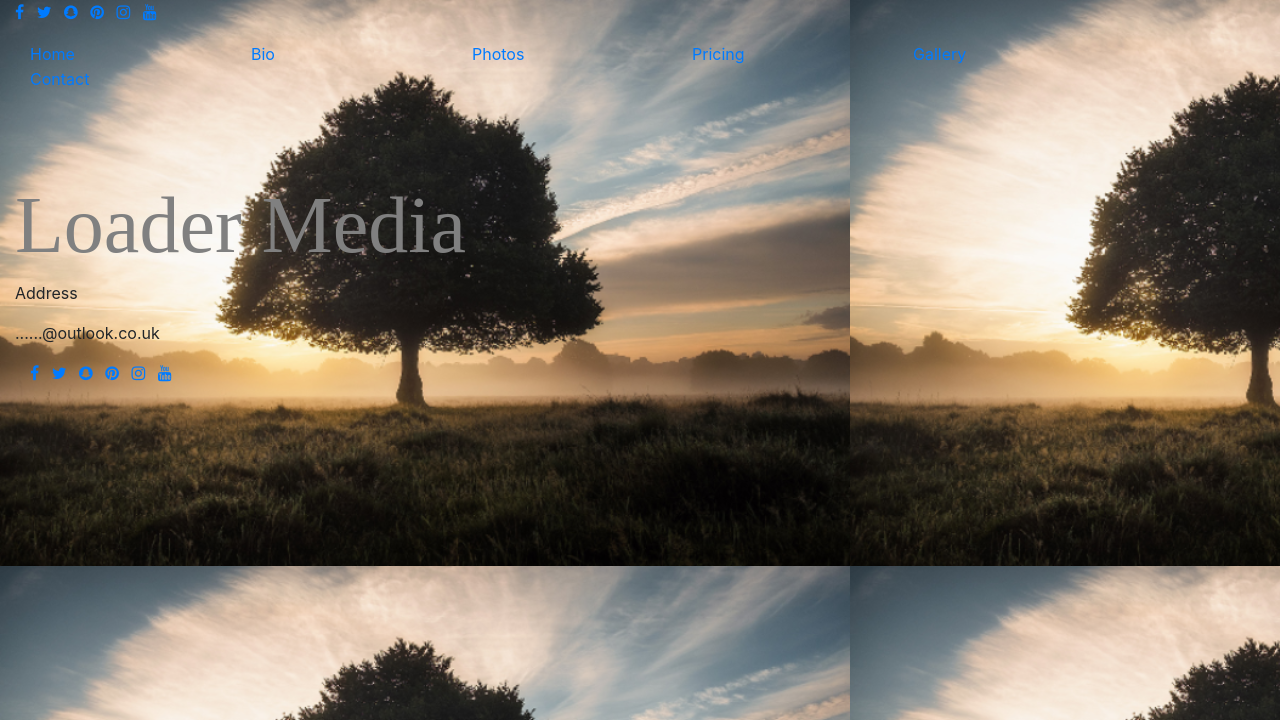
Repository: elizabeth24602/LoaderMedia
Page: index.html
The author's editor kept a record of every edit. The page is drawn from the files as they stood at one moment, then again after the next edit.
The browser window is 1280 px wide. The pictures show the whole page.
Some web fonts or font styles are not loaded; a fallback is used.

Above is the page before.
Console error: TypeError: Cannot read properties of null (reading 'textContent')
Not found: Assests/images/

### index.html
<!DOCTYPE html>
<html lang="en">
<head>
    <meta charset="UTF-8">
    <meta name="viewport" content="width=device-width, initial-scale=1.0">
    <meta http-equiv="X-UA-Compatible" content="ie=edge">

    <link rel="stylesheet" href="static/css/bootstrap.min.css" type="text/css" />
    <link rel="stylesheet" href="static/css/dc.min.css" type="text/css" />



    <link rel="stylesheet" href="https://stackpath.bootstrapcdn.com/bootstrap/4.3.1/css/bootstrap.min.css" type="text/css" />
    <link rel="stylesheet" href="https://stackpath.bootstrapcdn.com/font-awesome/4.7.0/css/font-awesome.min.css" type="text/css" />
    <link href="https://fonts.googleapis.com/css?family=Lacquer&display=swap" rel="stylesheet">
    <link href="https://fonts.googleapis.com/css?family=Beth+Ellen&display=swap" rel="stylesheet">
    <link rel="stylesheet" href="https://cdnjs.cloudflare.com/ajax/libs/hover.css/2.3.1/css/hover-min.css" type="text/css" />
    <link rel="stylesheet" href="Assests/images/" type="text/css" />
    <link rel="stylesheet" href="Assests/css/style.css" type="text/css" />

    <title>Loader Media</title>

     <script type="text/javascript" src="static/js/d3.min.js"></script>
    <script type="text/javascript" src="static/js/crossfilter.min.js"></script>
    <script type="text/javascript" src="static/js/dc.min.js"></script>
    <script type="text/javascript" src="static/js/queue.min.js"></script>
    <script type="text/javascript" src="static/js/graph.js"></script>

</head>
<body>
     <header class="container-fluid">
        <div id="social-links" class="row">
        <div class="col-sm-4">
                <ul class="list-inline social-links">
                    <li class="list-inline-item">
                        <a target="_blank" href="#">
                            <i class="fa fa-facebook" aria-hidden="true"></i>
                            <span class="sr-only">Facebook</span>
                        </a>
                    </li>
                    <li class="list-inline-item">
                        <a target="_blank" href="#">
                            <i class="fa fa-twitter" aria-hidden="true"></i>
                            <span class="sr-only">Twitter</span>
                        </a>
                    </li>
                    <li class="list-inline-item">
                        <a target="_blank" href="#">
                            <i class="fa fa-snapchat" aria-hidden="true"></i>
                            <span class="sr-only">Snapchat</span>
                        </a>
                    </li>
                    <li class="list-inline-item">
                        <a target="_blank" href="#">
                            <i class="fa fa-pinterest" aria-hidden="true"></i>
                            <span class="sr-only">Pinterest</span>
                        </a>
                    </li>
                    <li class="list-inline-item">
                        <a target="_blank" href="#">
                            <i class="fa fa-instagram" aria-hidden="true"></i>
                            <span class="sr-only">Instagram</span>
                        </a>
                    </li>
                    <li class="list-inline-item">
                        <a target="_blank" href="#">
                            <i class="fa fa-youtube" aria-hidden="true"></i>
                            <span class="sr-only">YouTube</span>
                        </a>
                    </li>
                </ul>
            </div>
        </div>
         <div class="row no-gutters">
            <div class="col">
                <ul id="nav" class="list-inline menucontainer">
                    <li class="col-4 col-sm-2 ui-menu-color-home list-inline-item menuitem">
                        <a href="index.html" class="hvr-underline-from-center"><span>Home</span></a>
                    </li>
                    <li class="col-4 col-sm-2 ui-menu-color-bio list-inline-item menuitem">
                        <a href="bio.html" class="hvr-underline-from-center"><span>Bio</span></a>
                    </li>
                     <li class="col-4 col-sm-2 ui-menu-color-photos list-inline-item menuitem">
                        <a href="photos.html" class="hvr-underline-from-center"><span>Photos</span></a>
                    </li>
                    <li class="col-4 col-sm-2 ui-menu-color-pricing list-inline-item menuitem">
                        <a href="pricing.html" class="hvr-underline-from-center"><span>Pricing</span></a>
                    </li>
                    <li class="col-4 col-sm-2 ui-menu-color-gallery list-inline-item menuitem">
                        <a href="gallery.html" class="hvr-underline-from-center"><span>Gallery</span></a>
                    </li>
                    <li class="col-4 col-sm-2 ui-menu-color-contact list-inline-item menuitem">
                        <a href="contact.html" class="hvr-underline-from-center"><span>Contact</span></a>
                    </li>
                </ul>
            </div>
        </div>

        <div class="row no-gutters">
                <h1 class="name">Loader Media</h1>
            </div>
    </header>

    <section>

    </section>

    <footer class="container-fluid">
    <div id="footer-details" class="row">
        <div class="col-sm-12">
            <p class="address">Address</p>
        </div>
    </div>
        <div class="row">
            <div class="col-sm-12">
                <p class="email">......@outlook.co.uk</p>
            </div>
        </div>
        <div class="row">
            <div class="col-sm-12">
                        <ul class="list-inline social-links2 container-fluid">
                    <li class="list-inline-item">
                        <a target="_blank" href="#">
                            <i class="fa fa-facebook" aria-hidden="true"></i>
                            <span class="sr-only">Facebook</span>
                        </a>
                    </li>
                    <li class="list-inline-item">
                        <a target="_blank" href="#">
                            <i class="fa fa-twitter" aria-hidden="true"></i>
                            <span class="sr-only">Twitter</span>
                        </a>
                    </li>
                    <li class="list-inline-item">
                        <a target="_blank" href="#">
                            <i class="fa fa-snapchat" aria-hidden="true"></i>
                            <span class="sr-only">Snapchat</span>
                        </a>
                    </li>
                    <li class="list-inline-item">
                        <a target="_blank" href="#">
                            <i class="fa fa-pinterest" aria-hidden="true"></i>
                            <span class="sr-only">Pinterest</span>
                        </a>
                    </li>
                    <li class="list-inline-item">
                        <a target="_blank" href="#">
                            <i class="fa fa-instagram" aria-hidden="true"></i>
                            <span class="sr-only">Instagram</span>
                        </a>
                    </li>
                    <li class="list-inline-item">
                        <a target="_blank" href="#">
                            <i class="fa fa-youtube" aria-hidden="true"></i>
                            <span class="sr-only">YouTube</span>
                        </a>
                    </li>
                </ul>
            </div>
        </div>
    </footer>

</body>
</html>

### Assests/css/style.css
@import url('https://fonts.googleapis.com/css?family=Lacquer:100,200,300,400,500,600,700|Beth+Ellen:100,200,300,400,500,600,700|Pacifico:100,200,300,400,500,600,700');

/*-------------------------------Website Name */

.name {
    font-family: "Beth+Ellen";
     font-weight: 100;
    font-size: 80px;
    margin-top: 70px;
    text-align: center;
    color: #808080;
}

.name3 {
    font-family: "Beth+Ellen";
     font-weight: 60;
    font-size: 50px;
    margin-top: 70px;
    text-align: center;
    color: #595959;
}

/*-------------------------------Background */

body {
  background-image: url("landscape.jpg");
  background-image: url("lan
  height: 500px;
  background-position: center;
  background-repeat: no-repeat;
  background-size: cover;dscape.jpg");
  background-color: #fff5ee;
  height: 500px;
  background-position: center;
  background-repeat: no-repeat;
  background-size: cover;
}

/*-------------------------------Social */

.social-links {
    padding-top: 15px;
    padding-bottom: 15px;
}

.social-links li a i {
    width: 30px;
    height: 30px;
    padding: 12px 0;
    border-radius: 20%;
    font-size: 25px;
    line-height: 7px;
    text-align: center;
    color: #8ca3a3;
    background: #fff5ee;
    transition: all 0.35s ease-in-out;
    -moz-transition: all 0.35s ease-in-out;
    -webkit-transition: all 0.35s ease-in-out;
    -o-transition: all 0.35s ease-in-out;
}

/*-------------------------------menu */


.list-inline-item:not(:last-child) {
    margin: 0;
}

.menucontainer {
    font-size: 0;
    margin: auto;
    width: 60%;
    padding: 10px;
}

#nav li {
    font-size: 20px;
    font-family: 'Beth+Ellen';
    padding: 0;
}

.menuitem {
    text-align: center;
    padding: 0;
}

.body {
    text-align: center;
}

.menuitem a {
    width: 100%;
    text-decoration: none;
    color: #808080;
}

.hvr-underline-from-center:before {
    background-color: #ffffff;
    color: #d3d3d3;
}


.a:hover {
    text-decoration: none;
}

/*-------------------------------Footer */


footer {
    background-color: #666633;
    color: #ffffff;
    min-height: 120px;
    margin: 0;
}

.address {
    color: #ffffff;
    text-align: center;
    font-family: "Beth+Ellen";
    padding-top: 20px;
    font-size: 20px;
}
.email {
    color: #ffffff;
    text-align: center;
    font-family: "Beth+Ellen";
    padding: 10px;
    font-size: 20px;
}

.social-links2 {
    padding-top: 15px;
    padding-bottom: 15px;
    text-align: center;
}

.social-links2 li a i {
    width: 30px;
    height: 30px;
    padding: 12px 0;
    border-radius: 20%;
    font-size: 25px;
    line-height: 7px;
    text-align: center;
    color: #ffffff;
    transition: all 0.35s ease-in-out;
    -moz-transition: all 0.35s ease-in-out;
    -webkit-transition: all 0.35s ease-in-out;
    -o-transition: all 0.35s ease-in-out;
}

/*-------------------------------Home */

body {
  background-image: url("../images/horses.jpg");
  background-color: #fff5ee;
  height: 500px;
  background-position: center;
  background-repeat: no-repeat;
  background-size: cover;
}
/*-------------------------------Photos */
.purchased {
    font-family: 'pacifico';
    font-weight: 100;
    font-size: 30px;
    margin-top: 50px;
    text-align: center;
    color: #808080;
}

.gender {
    color: #808080;
    font-family: "Beth+Ellen";
}

.dc-chart rect.bar {
fill: #666633;
}

.gender-balance {
    color: #808080;
}

.info {
    font-family: "pacifico";
    color: #808080;
    text-align: center;
}

.info2 {
    font-family: "pacifico";
    color: #808080;
    text-align: center;
}

.info3 {
    font-family: "pacifico";
    color: #808080;
    text-align: center;
}

.shade {
    color: #ffffff;
    font-family: "Beth+Ellen";
}

/*-------------------------------Gallery */

.row {
  display: flex;
  flex-wrap: wrap;
  padding: 0 4px;
}

/* Create two equal columns that sits next to each other */
.column {
  flex: 50%;
  padding: 0 4px;
}

.column img {
  margin-top: 8px;
  vertical-align: middle;
}

/*-------------------------------contact */

.contact-heading {
    font-family: "Beth+Ellen";
    text-align: center;
    font-weight: 100;
    margin-top: 25px;
    margin-bottom: 20px;
    color: #808080;
}

.text-center {
    font-family: "pacifico";
    text-align: center;
    font-weight: 100;
    margin-top: 25px;
    margin-bottom: 20px;
    color: #808080;
}


.center-form {
    padding-top: 10px;
    margin: 0 auto;
    max-width: 70%;
    font-family: "Beth+Ellen";
}

button[type="submit"] {
    margin-top: 15px;
    margin-bottom: 20px;
    background-color: #666633;
    color: #fafafa;
    font-family: "Beth+Ellen";
}

.chat {
   font-family: "Beth+Ellen";
    font-weight: 100;
    margin-top: 180px;
    margin-bottom: 20px;
    text-align: center;
    color: #595959;
}

.number {
     font-family: "pacifico";
    font-weight: 100;
    margin-top: 125px;
    margin-bottom: 20px;
    text-align: center;
    color: #808080;
}

.laptop {
    display: block;
  margin-left: auto;
  margin-right: auto;
  margin-top: 20px;
  width: 90%;
}

.phone {
  display: block;
  margin-left: auto;
  margin-right: auto;
  margin-top: 20px;
  margin-bottom: 20px;
  width: 90%;
}

### static/js/graph.js
queue()
    .defer(d3.csv, "data/Salaries.csv")
    .await(makeGraphs);

function makeGraphs(error, salaryData) {
    var ndx = crossfilter(salaryData);

    salaryData.forEach(function(d){
        d.salary = parseInt(d.salary);
    })

    show_discipline_selector(ndx);
    show_gender_balance(ndx);
    show_average_salary(ndx);
    show_rank_distribution(ndx);

    dc.renderAll();
}

function show_discipline_selector(ndx) {
    var dim = ndx.dimension(dc.pluck('discipline'));
    var group = dim.group();

    dc.selectMenu("#discipline-selector")
        .dimension(dim)
        .group(group);
}


function show_gender_balance(ndx) {
    var dim = ndx.dimension(dc.pluck('sex'));
    var group = dim.group();

    dc.barChart("#gender-balance")
        .width(400)
        .height(300)
        .margins({top: 10, right: 50, bottom: 30, left: 50})
        .dimension(dim)
        .group(group)
        .transitionDuration(500)
        .x(d3.scale.ordinal())
        .xUnits(dc.units.ordinal)
        .xAxisLabel("Gender")
        .yAxis().ticks(20);
}


function show_average_salary(ndx) {
    var dim = ndx.dimension(dc.pluck('sex'));

    function add_item(p, v) {
        p.count++;
        p.total += v.salary;
        p.average = p.total / p.count;
        return p;
    }

    function remove_item(p, v) {
        p.count--;
        if(p.count == 0) {
            p.total = 0;
            p.average = 0;
        } else {
            p.total -= v.salary;
            p.average = p.total / p.count;
        }
        return p;
    }

    function initialise() {
        return {count: 0, total: 0, average: 0};
    }

    var averageSalaryByGender = dim.group().reduce(add_item, remove_item, initialise);

    dc.barChart("#average-salary")
        .width(400)
        .height(300)
        .margins({top: 10, right: 50, bottom: 30, left: 50})
        .dimension(dim)
        .group(averageSalaryByGender)
        .valueAccessor(function(d){
            return d.value.average.toFixed(2);
        })
        .transitionDuration(500)
        .x(d3.scale.ordinal())
        .xUnits(dc.units.ordinal)
        .elasticY(true)
        .xAxisLabel("Shade")
        .yAxis().ticks(10);
}


function show_rank_distribution(ndx) {

    function rankByGender(dimension, rank) {
        return dimension.group().reduce(
            function (p, v) {
                p.total++;
                if(v.rank == rank) {
                    p.match++;
                }
                return p;
            },
            function (p, v) {
                p.total--;
                if(v.rank == rank) {
                    p.match--;
                }
                return p;
            },
            function () {
                return {total: 0, match: 0};
            }
        );
    }

    var dim = ndx.dimension(dc.pluck("sex"));
    var profByGender = rankByGender(dim, "Motor Vehicles");
    var asstProfByGender = rankByGender(dim, "Animals");
    var assocProfByGender = rankByGender(dim, "Landscapes");

    dc.barChart("#rank-distribution")
        .width(400)
        .height(300)
        .dimension(dim)
        .group(profByGender, "Motors")
        .stack(asstProfByGender, "Animals")
        .stack(assocProfByGender, "Landscapes")
        .valueAccessor(function(d) {
            if(d.value.total > 0) {
                return (d.value.match / d.value.total) * 100;
            } else {
                return 0;
            }
        })
        .x(d3.scale.ordinal())
        .xUnits(dc.units.ordinal)
        .legend(dc.legend().x(320).y(20).itemHeight(15).gap(5))
        .margins({top: 10, right: 100, bottom: 30, left: 30});
}

Loaded but not shown: static/css/bootstrap.min.css (library); static/css/dc.min.css (library); static/js/d3.min.js (library); static/js/crossfilter.min.js (library); static/js/dc.min.js (library); static/js/queue.min.js (common file)

After the next edit:
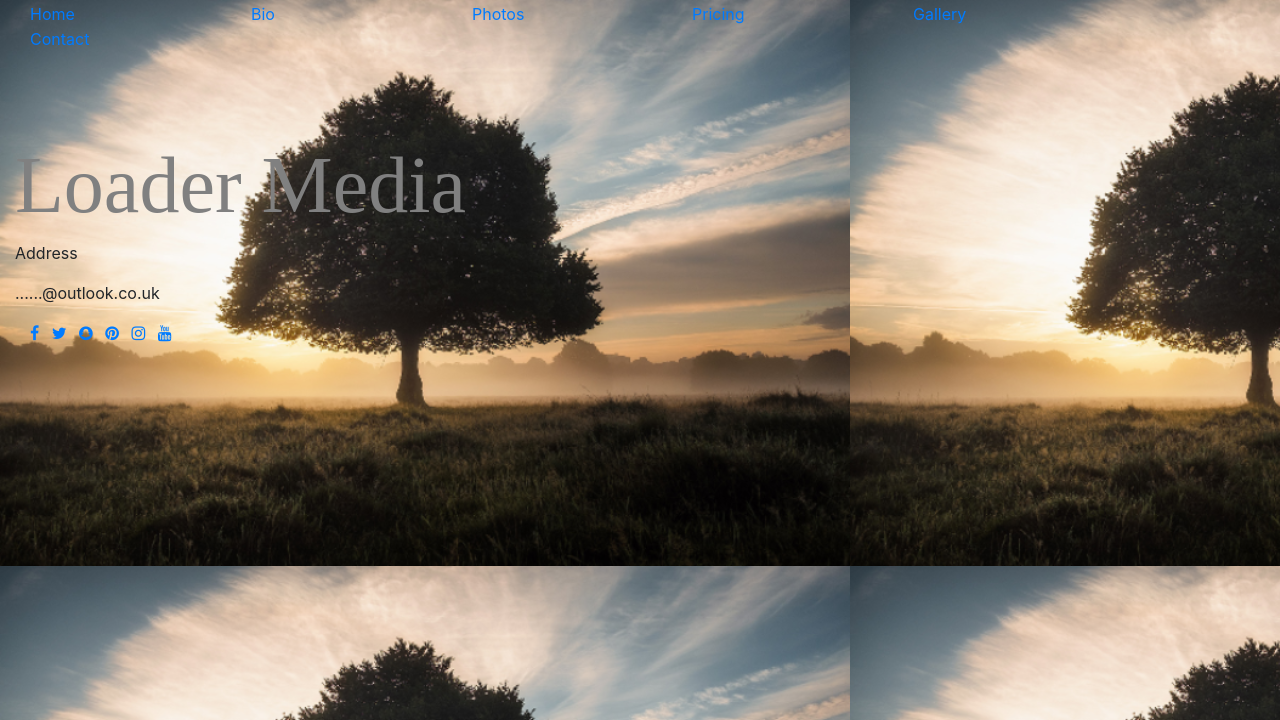
The edit:
--- a/index.html
+++ b/index.html
@@ -29,48 +29,6 @@
 </head>
 <body>
      <header class="container-fluid">
-        <div id="social-links" class="row">
-        <div class="col-sm-4">
-                <ul class="list-inline social-links">
-                    <li class="list-inline-item">
-                        <a target="_blank" href="#">
-                            <i class="fa fa-facebook" aria-hidden="true"></i>
-                            <span class="sr-only">Facebook</span>
-                        </a>
-                    </li>
-                    <li class="list-inline-item">
-                        <a target="_blank" href="#">
-                            <i class="fa fa-twitter" aria-hidden="true"></i>
-                            <span class="sr-only">Twitter</span>
-                        </a>
-                    </li>
-                    <li class="list-inline-item">
-                        <a target="_blank" href="#">
-                            <i class="fa fa-snapchat" aria-hidden="true"></i>
-                            <span class="sr-only">Snapchat</span>
-                        </a>
-                    </li>
-                    <li class="list-inline-item">
-                        <a target="_blank" href="#">
-                            <i class="fa fa-pinterest" aria-hidden="true"></i>
-                            <span class="sr-only">Pinterest</span>
-                        </a>
-                    </li>
-                    <li class="list-inline-item">
-                        <a target="_blank" href="#">
-                            <i class="fa fa-instagram" aria-hidden="true"></i>
-                            <span class="sr-only">Instagram</span>
-                        </a>
-                    </li>
-                    <li class="list-inline-item">
-                        <a target="_blank" href="#">
-                            <i class="fa fa-youtube" aria-hidden="true"></i>
-                            <span class="sr-only">YouTube</span>
-                        </a>
-                    </li>
-                </ul>
-            </div>
-        </div>
          <div class="row no-gutters">
             <div class="col">
                 <ul id="nav" class="list-inline menucontainer">
